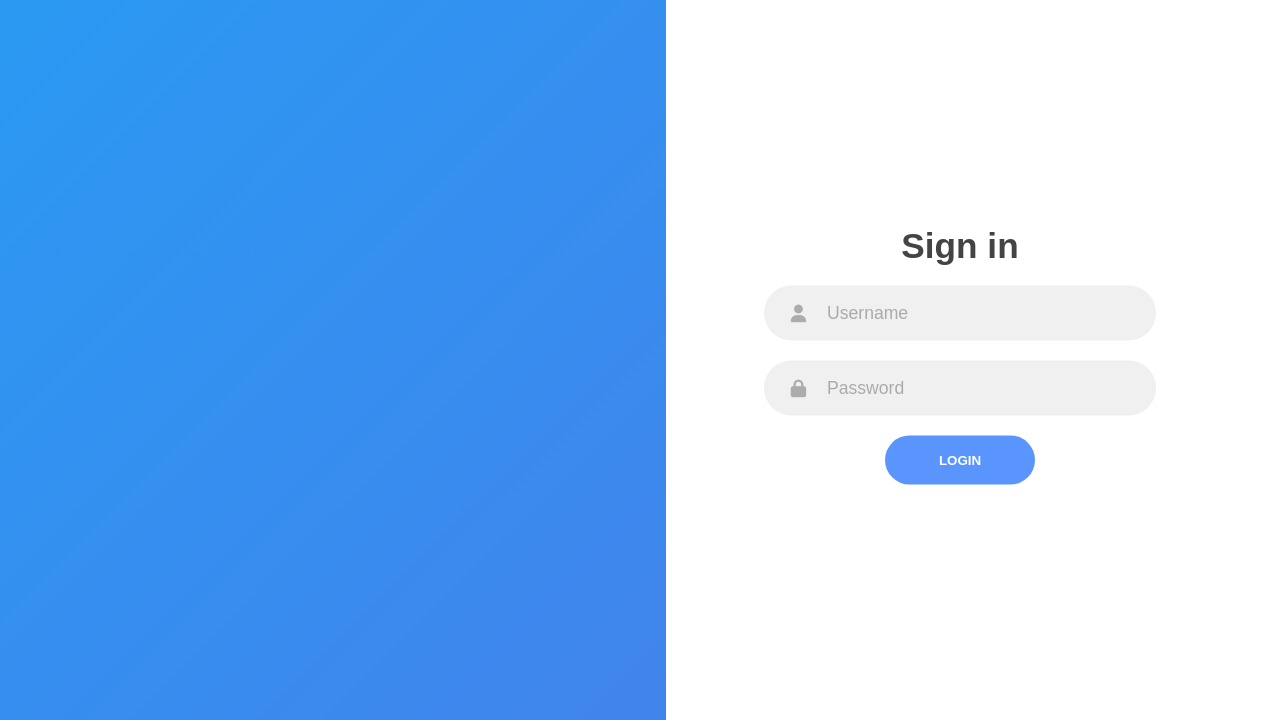
Repository: sarfaraz1611/NitteMovie.github.io
Page: login.html
These files come from the project's save history. The page is drawn as it stood at one moment and after the next save; the edit follows.
The browser window is 1280 px wide. The pictures show the whole page.
Some web libraries are served in a nearby version.

Above is the page before, as saved 2022-07-15 23:48:40.

### login.html
<!DOCTYPE html>
<html lang="en">

<head>
    <meta charset="UTF-8" />
    <meta name="viewport" content="width=device-width, initial-scale=1.0" />
    <script src="https://kit.fontawesome.com/64d58efce2.js" crossorigin="anonymous"></script>
    <link rel="stylesheet" href="./assets/css/main.css" />
    <title>nittemovies</title>
</head>

<body>
    <div class="container">

            <div class="signin-signup">
                <form action="" class="sign-in-form">
                    <h2 class="title">Sign in</h2>
                    <div class="input-field">
                        <i class="fas fa-user"></i>
                        <input type="text" placeholder="Username" />
                    </div>
                    <div class="input-field">
                        <i class="fas fa-lock"></i>
                        <input type="password" placeholder="Password" />
                    </div>
                    <input type="submit" value="Login" class="btn solid" />

                </form>

            </div>


        <div class="panels-container">
            <div class="panel left-panel">
                                   <form action="#" class="">
                        <h2 class="title">Sign up</h2>
                        <div class="input-field">
                            <i class="fas fa-user"></i>
                            <input type="text" placeholder="Username" />
                        </div>
                        <div class="input-field">
                            <i class="fas fa-envelope"></i>
                            <input type="email" placeholder="Email" />
                        </div>
                        <div class="input-field">
                            <i class="fas fa-lock"></i>
                            <input type="password" placeholder="Password" />
                        </div>
                        <input type="submit" class="btn" value="Sign up" />

                    </form>
                </div>
            </div>



    </div>


</body>

</html>

### assets/css/main.css
:root {
  --live-indicator-shadow: hsla(0, 79%, 63%, 0.5);
  --rich-black-fogra-30:   hsl(219, 32%, 10%);
  --rich-black-fogra-29:   hsl(222, 25%, 10%);
  --oxford-blue-50:        hsla(218, 39%, 14%, 0.8);
  --oxford-blue:           hsl(218, 39%, 14%);
  --light-azure:           hsl(214, 84%, 56%);
  --off-white:             hsl(0, 0%, 88%);
  --white:                 hsl(0, 0%, 100%);
  --azure:                 hsl(211, 100%, 50%);



  --ff-inter: "Inter", sans-serif;

  --section-heading: 40px;



  --px: 50px;

}
@media only screen and (max-width: 1026px) {
  .banner {
      display: none;
  }
}



* {
  margin: 0;
  padding: 0;
  transition: all 0.5s ease;
}

h1, h2, h3, h4, h5, h6 { color: var(--white); }

html { font-family: var(--ff-inter); }

body {
  background: var(--rich-black-fogra-29);
  color: var(--off-white);
}
img {
  display: block;
  width: 100%;
  height: 100%;
  object-fit: cover;
}
a {
  text-decoration: none;
  display: block;
  color: var(--off-white);
}

header, nav { background: var(--rich-black-fogra-29); }

.navbar,
.banner,
.movies,
.category {
  padding: 0 var(--px);
}




.container {
  max-width: 1440px;
  margin: auto;
}






.navbar {
  height: 100px;
  display:         flex;
  justify-content: space-between;
  align-items:     center;
}

.navbar-brand{width:251px;}




nav { margin-right: 250px; }

.navbar-nav { display: flex; }

.navbar-nav li{ margin-right: 60px; }

.navbar-link {
  font-size: var(--fs-sm);
  font-weight: var(--fw-5);
}

.navbar-link:hover { color: var(--light-azure); }




/* .navbar-signin {
  display:     flex;
  align-items: center;
  font-size: var(--fs-sm);
}



.navbar-signin:hover span { color: var(--light-azure); } */


.banner { margin-bottom: 60px; }

.banner-card {
  position: relative;
  height: 400px;
  overflow: hidden;
  border-radius: 20px;
  cursor: pointer;
}


.banner-img { object-position: top; }

.banner-card:hover .banner-img { transform: scale(1.1); }

.banner-card .card-content {
  position: absolute;
  right:  80px;
  bottom: 60px;
  left:   80px;
}

.banner-card .card-info {
  display:     flex;
  align-items: center;
  margin-bottom: 20px;
}

.banner-card .card-info div {
  display:     flex;
  align-items: center;
  margin-right: 20px;
}






.banner-card .card-title {
  font-size: 3em;
  color: var(--white);
  text-shadow: 2px 0 2px #0007;
}





.movies { margin-bottom: 60px; }








.movies-grid {
  display: grid;
  grid-template-columns: repeat(auto-fill, minmax(140px, 1fr));
  gap: 30px;
  margin-bottom: 60px;
}






.movie-card .card-head {
  position: relative;
  height: 250px;
  border-radius: 15px;
  margin-bottom: 15px;
  overflow: hidden;
}




.movie-card:hover .card-img { transform: scale(1.1); }





.movie-card .card-title {
  font-size: var(--fs-md);
  font-weight: var(--fw-5);
  margin-bottom: 5px;
}



.movie-card:hover .card-title { color: var(--light-azure); }




.movie-card .genre { margin-right: 8px; }
.play-card{
  padding-left:50px;
  padding-right:50px;
}








.category { margin-bottom: 60px; }

.category-grid {
  margin-top:25px;
  display: grid;
  grid-template-columns: repeat(4, 1fr);
  gap: 30px;
}

.category-card {
  position: relative;
  height: 150px;
  border-radius: 20px;
  overflow: hidden;
  cursor: pointer;
}



.category-card:hover .card-img { transform: scale(1.1); }

.category-card .name,
.category-card .total {
  position: absolute;
  bottom: 20px;
  color: var(--white);
  z-index: 20;
}

.category-card .name {
  left: 20px;
  font-size: 20px;
}



.category-card:hover .name { color: var(--light-azure); }



// login styles



@import url("https://fonts.googleapis.com/css2?family=Poppins:wght@200;300;400;500;600;700;800&display=swap");

* {
  margin: 0;
  padding: 0;
  box-sizing: border-box;
}

body,
input {
  font-family: "Poppins", sans-serif;
}

.container {
  position: relative;
  width: 100%;
  background-color: #fff;
  min-height: 100vh;
  overflow: hidden;
}



.signin-signup {
  position: absolute;
  top: 50%;
  transform: translate(-50%, -50%);
  left: 75%;
  width: 50%;
  transition: 1s 0.7s ease-in-out;
  display: grid;
  grid-template-columns: 1fr;
  z-index: 5;
}

form {
  display: flex;
  align-items: center;
  justify-content: center;
  flex-direction: column;
  padding: 0rem 5rem;
  transition: all 0.2s 0.7s;
  overflow: hidden;
  grid-column: 1 / 2;
  grid-row: 1 / 2;
}



.title {
  font-size: 2.2rem;
  color: #444;
  margin-bottom: 10px;
}

.input-field {
  max-width: 380px;
  width: 100%;
  background-color: #f0f0f0;
  margin: 10px 0;
  height: 55px;
  border-radius: 55px;
  display: grid;
  grid-template-columns: 15% 85%;
  padding: 0 0.4rem;
  position: relative;
}

.input-field i {
  text-align: center;
  line-height: 55px;
  color: #acacac;
  transition: 0.5s;
  font-size: 1.1rem;
}

.input-field input {
  background: none;
  outline: none;
  border: none;
  line-height: 1;
  font-weight: 600;
  font-size: 1.1rem;
  color: #333;
}

.input-field input::placeholder {
  color: #aaa;
  font-weight: 500;
}







.btn {
  width: 150px;
  background-color: #5995fd;
  border: none;
  height: 49px;
  border-radius: 49px;
  color: #fff;
  text-transform: uppercase;
  font-weight: 600;
  margin: 10px 0;
  cursor: pointer;
  transition: 0.5s;
}

.btn:hover {
  background-color: #4d84e2;
}

.panels-container {
  position: absolute;
  height: 100%;
  width: 100%;
  top: 0;
  left: 0;
  display: grid;
  grid-template-columns: repeat(2, 1fr);
}

.container:before {
  content: "";
  position: absolute;
  height: 2000px;
  width: 2000px;
  top: -10%;
  right: 48%;
  transform: translateY(-50%);
  background-image: linear-gradient(-45deg, #4481eb 0%, #04befe 100%);
  /* transition: 1.8s ease-in-out; */
  /* border-radius: 50%; */
  z-index: 2;
}


/* .panel {
  display: flex;
  flex-direction: column;
  align-items: flex-end;
  justify-content: space-around;
  text-align: center;
  z-index: 3;
  padding: 3rem 17% 2rem 12%;
} */

After the next save:
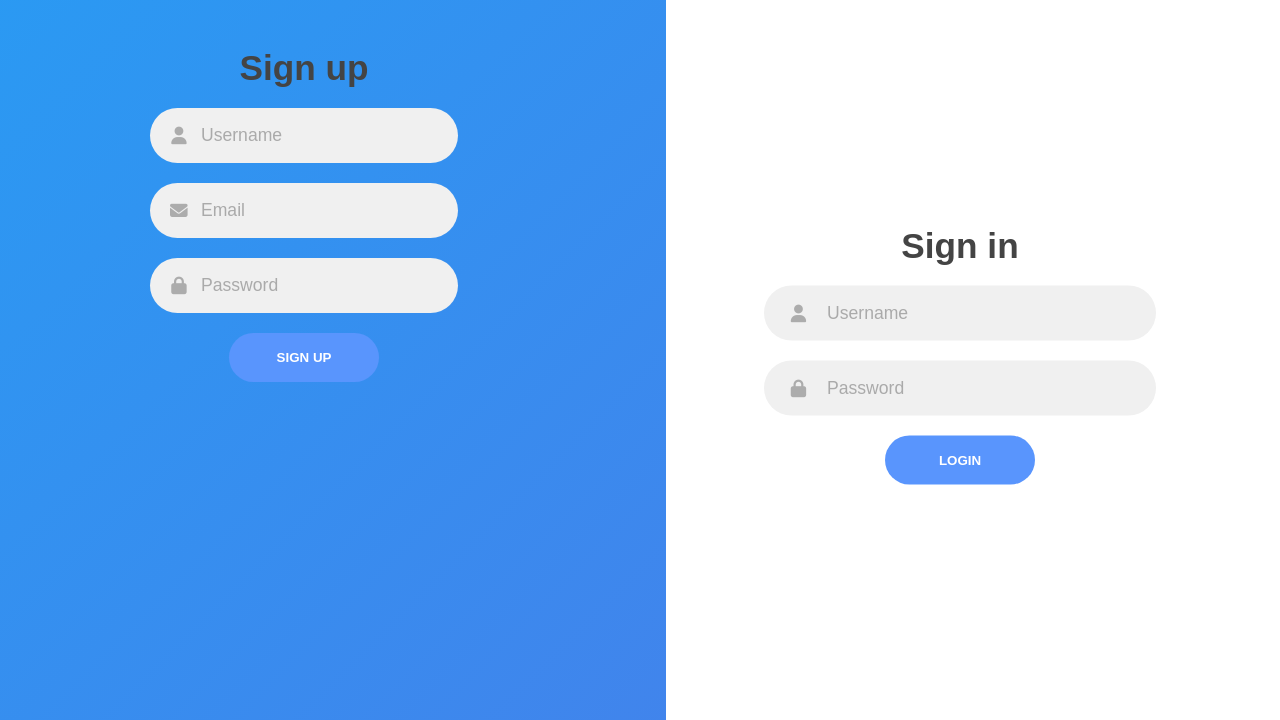
Saved 11 s later.
--- a/assets/css/main.css
+++ b/assets/css/main.css
@@ -412,12 +412,12 @@ form {
 }
 
 
-/* .panel {
-  display: flex;
+.panel {
+  /* display: flex;
   flex-direction: column;
   align-items: flex-end;
   justify-content: space-around;
-  text-align: center;
+  text-align: center; */
   z-index: 3;
   padding: 3rem 17% 2rem 12%;
-} */
+}
